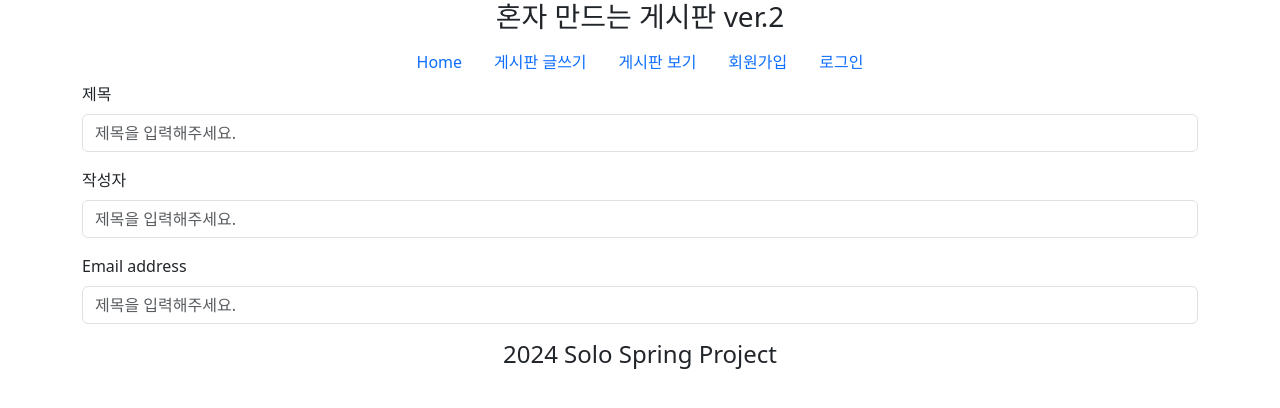
Repository: nefer2/Spring_test
Page: http://localhost/spring_test7/WEB-INF/views/board/register.jsp
These files come from the project's save history. The page is drawn as it stood at one moment and after the next save; the edit follows.
The browser window is 1280 px wide. The pictures show the whole page.
The page is served by Tomcat 9. Nobody is signed in. The template is opened directly, without the code that normally fills it, so the values that code supplies are empty.

Above is the page before, as saved 2024-01-17 04:00:14.

After the next save:
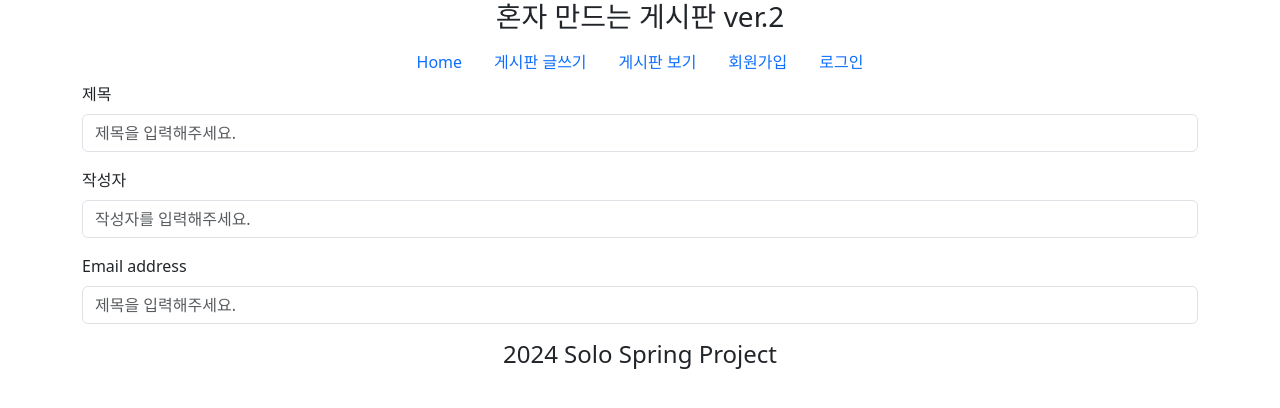
Saved 12 s later.
--- a/spring_test7/src/main/webapp/WEB-INF/views/board/register.jsp
+++ b/spring_test7/src/main/webapp/WEB-INF/views/board/register.jsp
@@ -17,7 +17,7 @@
 		</div>
 		<div class="mb-3">
 		  <label for="wirter" class="form-label">작성자</label>
-	      <input type="text" name="title" class="form-control" id="title" placeholder="제목을 입력해주세요.">
+	      <input type="text" name="wirter" class="form-control" id="wirter" placeholder="작성자를 입력해주세요.">
 		</div>
 		<div class="mb-3">
 		  <label for="exampleFormControlInput1" class="form-label">Email address</label>
